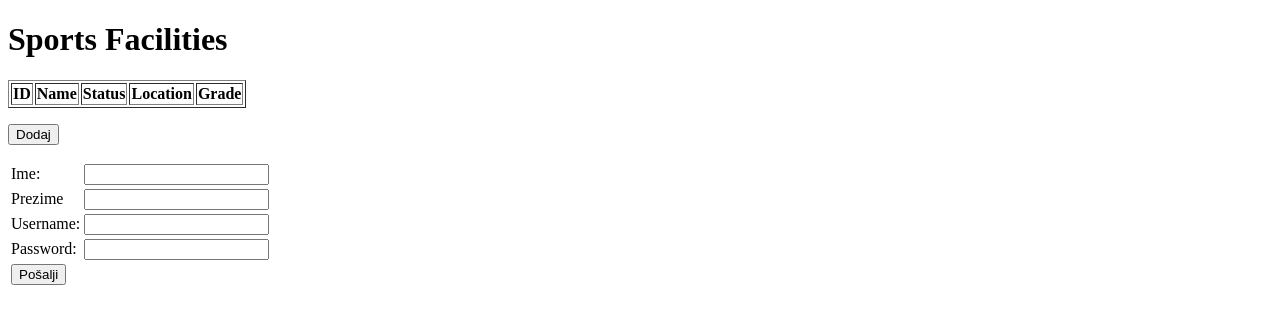
Repository: markovicuros/Fitpass-web
Page: FitnessCenter/WebContent/index.html
The author's editor kept a copy of each file at every save. The page is drawn from the files as they stood at one save, then again after the next save.
The browser window is 1280 px wide. The pictures show the whole page.
The page's requests for data from a server got no answer.

Above is the page before, as saved 2022-06-19 22:01:31.

After the next save:
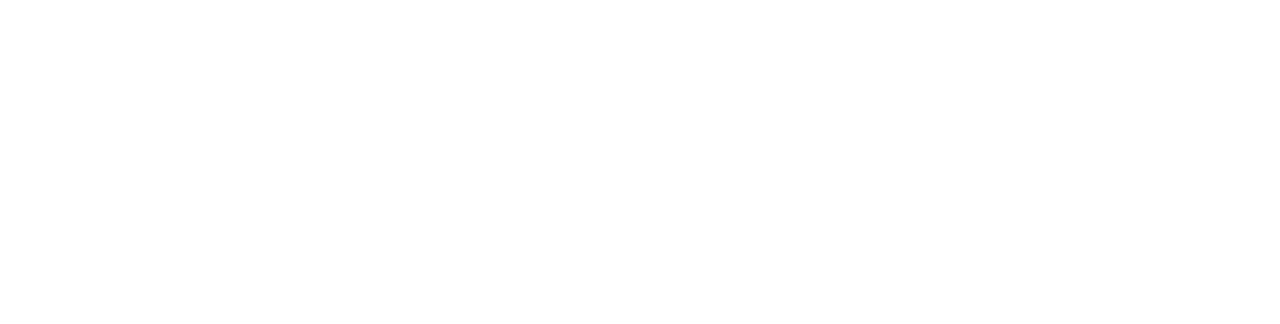
Saved 45 s later.
--- a/FitnessCenter/WebContent/index.html
+++ b/FitnessCenter/WebContent/index.html
@@ -35,11 +35,8 @@
 
     </table>
 
-    </div>
-     <div class="nav-bar">
 
-
-     <p>
+    		 <p>
 				<button v-on:click="showForm()">Dodaj</button>
 			</p>
 

After the save that followed:
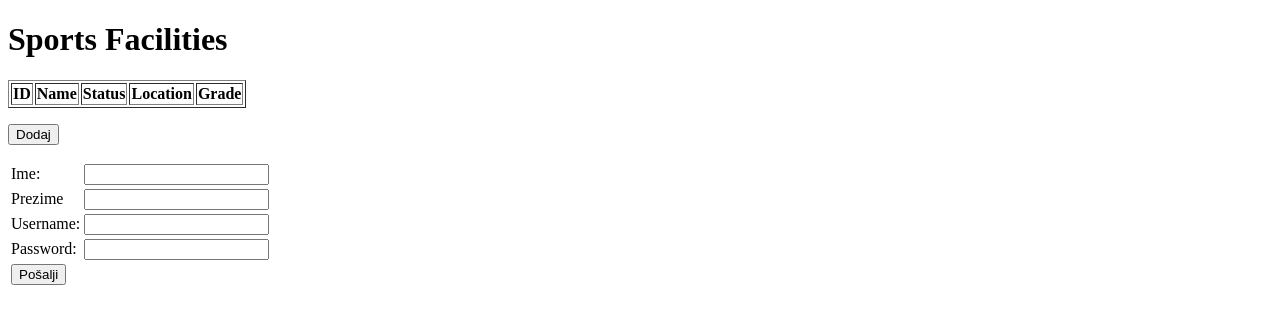
Saved 21 s later.
--- a/FitnessCenter/WebContent/index.html
+++ b/FitnessCenter/WebContent/index.html
@@ -35,8 +35,11 @@
 
     </table>
 
+    </div>
+     <div class="nav-bar">
 
-    		 <p>
+
+     <p>
 				<button v-on:click="showForm()">Dodaj</button>
 			</p>
 
